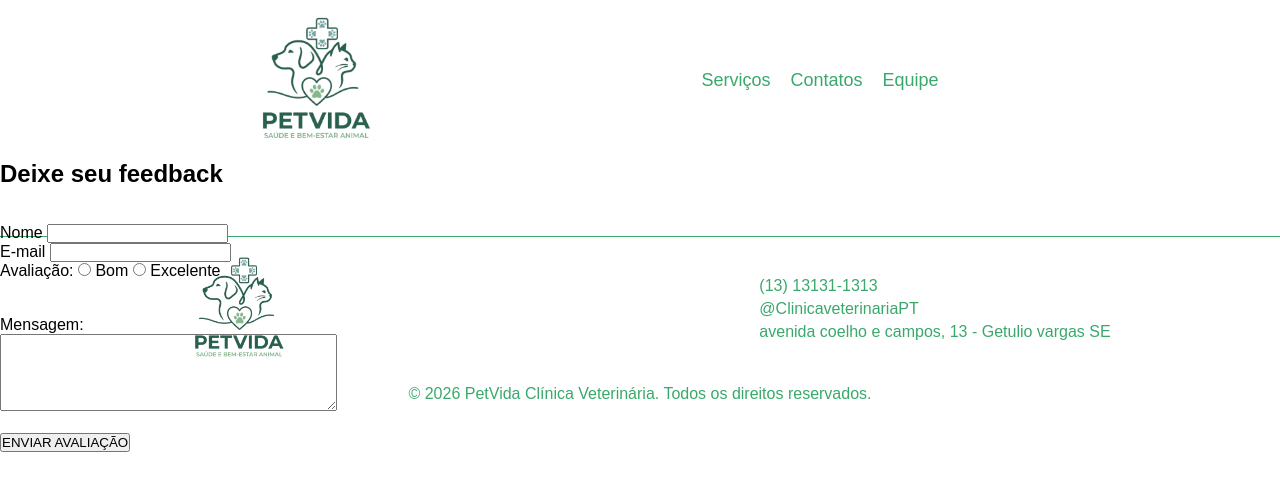
Repository: antonymsantana-design/Veterinario
Page: contatos.html
An editor plug-in stored every save of this project. The page is shown before and after the next save, followed by the edit.
The browser window is 1280 px wide. The pictures show the whole page.

Above is the page before, as saved 2026-10-03 18:31:24.

### contatos.html
<!doctype html>
<html lang="pt-br">

<head>
    <meta charset="UTF-8" />
    <meta name="viewport" content="width=device-width, initial-scale=1.0" />
    <title>Cebola Hair</title>
    <link rel="stylesheet" href="style.css" />
    <script src="script3.js" defer></script>
</head>


<body>

</body>


</html>

### style.css
* {
    padding: 0px;
    margin: 0px;
    font-family: Arial, Helvetica, sans-serif;
}

header {
    background-color: #FFFFFF;
    height: 160px;
    display: flex;
    justify-content: center;
    align-items: center;
}

.conteudoH {
    display: flex;
    justify-content: center;
    align-items: center;
    gap: 300px;
}

.imagem {
    margin-left: 20px;
    margin-top: 5px;
    display: flex;
    justify-content: center;
    align-items: center;
    gap: 30px;
    font-weight: 600;
    font-size: 22px;
}

.logoIMG {
    width: 170px;
    margin-bottom: 10px;
    cursor: pointer;
}

.logoH {
    color: white;

}

.links {
    display: flex;
    gap: 20px;
    justify-content: center;
    padding-right: 130px;
    font-size: 18px;
}

.links a {
    text-decoration: none;
    color: #39A96B;
    transition: 0.5s ease;
}

.aLinks:hover {
    transform: translateY(-5px);
    box-shadow: 0 4px 10px rgba(0, 0, 0, 0.15);
    background-color: #39A96B;
    color: #F5F5F5;
    border-radius: 5px;
    width: 120px;
    height: 30px;
    display: flex;
    justify-content: center;
    align-items: center;
}

.btnDiv {
    display: flex;
}

.btn {
    display: flex;
    justify-content: center;
    width: 140px;
    height: 50px;
    background-color: #22C55E;
    border: none;
    color: white;
    align-items: center;
    border-radius: 8px;
    transition: 0.3s ease;
    cursor: pointer;
    font-size: 14px;
}

.btn:hover {
    transform: translateY(-5px);
    box-shadow: 0 8px 15px rgba(0, 0, 0, 0.4);
}

.direitaH {
    display: flex;
    justify-content: center;
    align-items: center;
}

.conteudo {
    background-image: url(image/Cuidando\ de\ Quem\ Amamos.png);
    background-repeat: no-repeat;
    background-size: cover;
    background-position: center;
    height: 80vh;
    color: white;
}

.card {
    background-color: #FDEEC7;
    width: 270px;
    height: 220px;
    display: flex;
    flex-direction: column;
    justify-content: center;
    align-items: center;
    border-radius: 5px;
}

.cards {
    display: flex;
    justify-content: center;
    gap: 40px;
    padding-top: 20px;
    padding-bottom: 20px;
}

.card h4 {
    color: #22C55E;
}

.icone {
    width: 120px;
    height: 120px;
    padding-bottom: 10px;
}

.Our {
    padding-top: 15px;
    text-align: center;
    padding-bottom: 10px;
}

hr {
    color: #22C55E;
    text-align: center;
    margin-left: 920px;
    margin-right: 920px;
}

.agendar {
    display: flex;
    justify-content: space-around;
    align-items: center;
    padding-bottom: 20px;
}

.form {
    background-color: #ECF2F7;
    width: 600px;
    height: 300px;
    border-radius: 7px;
    display: flex;
    justify-content: center;
    flex-direction: column;
}

.formCima {
    padding-top: 20px;
    display: flex;
    justify-content: center;
    align-items: center;
    flex-direction: column;
}

.quadrado {
    display: grid;
    justify-content: center;
    grid-template-columns: repeat(2, 200px);
    gap: 30px;
    column-gap: 70px;
    margin-right: 40px;
}

.esq {
    font-size: 25px;
}

footer {
    display: flex;
    justify-content: center;
    align-items: center;
    flex-direction: column;
    background-color: #FFFFFF;
    color: #39A96B;
    border-top: 1px solid #39A96B;
}

.AbH2 {
    padding-left: 20px;
    padding-right: 20px;
    padding-bottom: 10px;
    padding-top: 10px;
    text-align: center;
}

.AbH3 {
    padding-left: 20px;
    padding-right: 20px;
    padding-bottom: 10px;
    padding-top: 10px;
    text-align: center;
    margin-left: 425px;
    margin-right: 425px;
}

.topc {
    display: flex;
    justify-content: center;
    align-items: center;
    flex-direction: column;
    text-align: center;
    max-width: 350px;
}

.topics {
    display: flex;
    justify-content: center;
    gap: 100px;
    padding-bottom: 25px;
}

.topcIMG {
    width: 290px;
    height: 260px;
    border-radius: 25px;
    cursor: pointer;
    padding-bottom: 10px;
    padding-top: 10px;
}

.topcH {
    padding-bottom: 10px;
}

.cimaF {
    display: flex;
    justify-content: center;
    gap: 450px;
    align-items: center;
    margin-bottom: 4px;
}

.logoIMGF {
    width: 140px;
    cursor: pointer;
}

.esquerda {
    display: flex;
    flex-direction: column;
    gap: 5px;
}

.formu {
    width: 240px;
    height: 30px;
    border-radius: 5px;
    border: none;
}

.forms {
    width: 500px;
    height: 30px;
    border-radius: 5px;
    border: none;
}

.agendarbtn {
    display: flex;
    justify-content: center;
    align-items: center;
    width: 512px;
    height: 40px;
    background-color: #22C55E;
    border: none;
    color: white;
    border-radius: 8px;
    transition: 0.3s ease;
    cursor: pointer;
    margin-top: 15px;
}

.agendarbtn:hover {
    transform: translateY(-5px);
}

.btnAgendar {
    display: flex;
    justify-content: center;
    align-items: center;
}

/*pagina de serviços*/

.primeiro{
    background-color: #F0F9F4;
    width: 300px;
    padding-bottom: 13px;
    margin-left: 20px;
    text-align: center;
    padding-top: 13px;
    flex-wrap: wrap;
    border-radius: 15px;
}

.cards{
    display: grid;
    justify-content: center;
    grid-template-columns: repeat(3, 400px);
    gap: 50px;
    padding-bottom: 15px;

}
.cards .primeiro img{
    width: 250px;
    height: 250px;
    border-radius: 15px;
}
h1{
    text-align: center;
    margin-top: 20px;
    margin-bottom: 20px;
}
.texto{

    color: #3C2415;
}
.preco{
    color: #e4c8a4;
}


/* celular */

@media (max-width: 768px) {

    /* header */
    header {
        height: auto;
        padding: 10px 0;
    }

    .conteudoH {
        flex-direction: column;
        padding-right: 0;
        gap: 15px;
    }

    .imagem {
        margin-left: 0;
        margin-top: 0;
        gap: 10px;
    }

    .logoIMG {
        width: 80px;
        height: 80px;
    }

    .logoH {
        font-size: 20px;
    }

    .direitaH {
        flex-direction: column;
        gap: 15px;
    }

    .links {
        padding-right: 0;
        font-size: 16px;
    }


    .conteudo {
        height: 400px;
    }

    .texto {
        padding-left: 25px;
        padding-right: 25px;
        height: 400px;
        font-size: 25px;
    }

    .texto small {
        font-size: 14px;
    }


    .Our {
        font-size: 25px;
    }

    hr {
        margin-left: 30%;
        margin-right: 30%;
    }

    .cards {
        flex-direction: column;
        align-items: center;
        gap: 20px;
    }

    .card {
        width: 80%;
        max-width: 270px;
    }


    .agendar {
        flex-direction: column;
        gap: 30px;
        padding: 30px 20px;
    }

    .esq {
        font-size: 18px;
        text-align: center;
    }

    .esq h1 {
        font-size: 28px;
    }

    .esq p {
        font-size: 15px;
    }

    .form {
        width: 100%;
        max-width: 600px;
        height: auto;
        padding: 20px 0;
    }

    .forms {
        width: 80%;
    }

    .quadrado {
        grid-template-columns: 1fr;
        gap: 15px;
        margin-right: 0;
    }

    .formu {
        width: 80%;
    }

    .quadrado>div {
        width: 100%;
        text-align: center;
    }

    .quadrado label {
        display: block;
        margin-bottom: 5px;
    }

    .agendarbtn {
        width: 80%;
    }


    footer {
        flex-direction: column;
        gap: 20px;
        padding: 20px;
        text-align: center;
    }

    .esquerda {
        align-items: center;
    }
}

### script3.js
const body = document.querySelector("body");

body.innerHTML = `
<header>
    <div class="conteudoH" id="conteudoH">
        <div class="imagem" id="imagem">
            <img src="image/logo.png" alt="logo" class="logoIMG" id="logoIMG" />
        </div>
        <div class="direitaH">
            <div class="links" id="links">
                <a href="serviços.html" class="aLinks" id="servA">Serviços</a>
                <a href="CONTATOS.HTML" class="aLinks" id="contatosA">Contatos</a>
                <a href="Team.html" class="aLinks" id="contatosA">Equipe</a>
            </div>
        </div>
    </div>
</header>
<div class="conteudu" id="conteudu">

        <h2>Deixe seu feedback</h2>
        <br>

        <div class="formu" id="formu">
            <br>

            <form action="https://formsubmit.co/antony.m.santana@aluno.senai.br" method="POST">

                <input type="hidden" name="_subject" value="Nova mensagem do site">
                <input type="hidden" name="_template" value="table">

                <div class="nome">
                    <label for="nome">Nome</label>
                    <input type="text" name="nome" id="nome" required>
                </div>



                <div class="email">
                    <label for="Email">E-mail</label>
                    <input type="email" name="Email" id="Email" required>
                </div>



                <div class="avaliacao">
                    <label>Avaliação:</label>

                    <input type="radio" name="avaliacao" id="bom" value="Bom">
                    <label for="bom">Bom</label>

                    <input type="radio" name="avaliacao" id="excelente" value="Excelente">
                    <label for="excelente">Excelente</label>

                </div>
                <br><br>

                <label for="mensagem">Mensagem:</label>
                <br>
                <textarea name="mensagem" id="mensagem" rows="5" cols="40"></textarea>

                <br><br>

                <input type="hidden" name="_next" value="http://127.0.0.1:5500/sucsses.html">

                <button type="submit" class="buto" onClick="form()">ENVIAR AVALIAÇÃO</button>
            </form>
        </div>
    </div>
    <footer id="footer">
    <div class="cimaF">
        <div class="direita">
            <img src="image/logo.png" alt="logo" class="logoIMGF" id="logoIMG" />
        </div>

        <div class="esquerda">
            <p>(13) 13131-1313</p>
            <p>@ClinicaveterinariaPT</p>
            <p>avenida coelho e campos, 13 - Getulio vargas SE</p>
        </div>
    </div>
    <div class="baixoF">
        <p>© 2026 PetVida Clínica Veterinária. Todos os direitos reservados.</p>
    </div>
</footer>`;

After the next save:
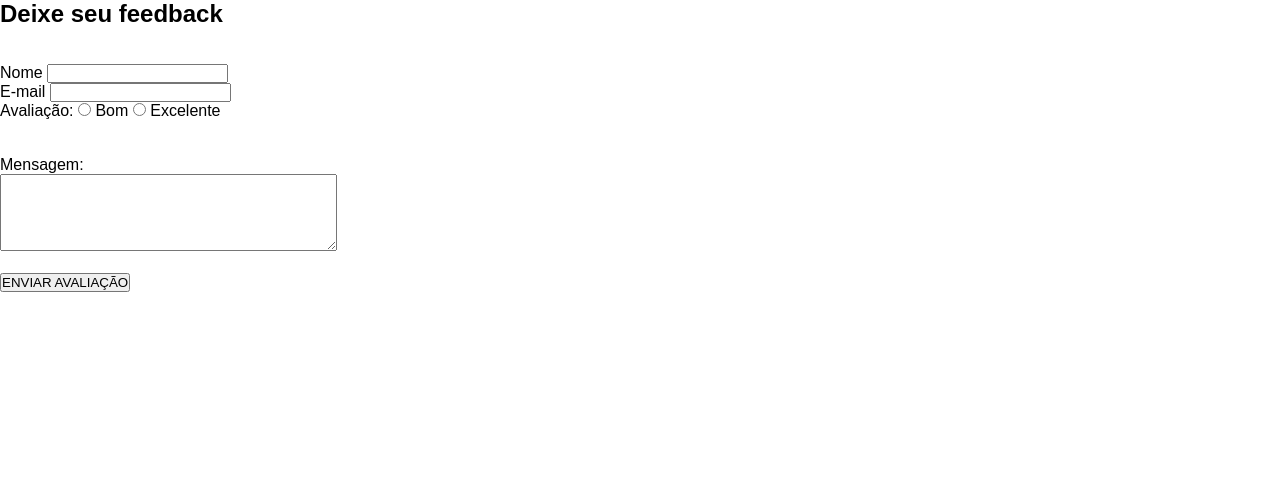
Saved 40 s later.
--- a/script3.js
+++ b/script3.js
@@ -1,21 +1,6 @@
 const body = document.querySelector("body");
 
-body.innerHTML = `
-<header>
-    <div class="conteudoH" id="conteudoH">
-        <div class="imagem" id="imagem">
-            <img src="image/logo.png" alt="logo" class="logoIMG" id="logoIMG" />
-        </div>
-        <div class="direitaH">
-            <div class="links" id="links">
-                <a href="serviços.html" class="aLinks" id="servA">Serviços</a>
-                <a href="CONTATOS.HTML" class="aLinks" id="contatosA">Contatos</a>
-                <a href="Team.html" class="aLinks" id="contatosA">Equipe</a>
-            </div>
-        </div>
-    </div>
-</header>
-<div class="conteudu" id="conteudu">
+body.innerHTML = `<div class="conteudu" id="conteudu">
 
         <h2>Deixe seu feedback</h2>
         <br>
@@ -65,20 +50,4 @@ body.innerHTML = `
                 <button type="submit" class="buto" onClick="form()">ENVIAR AVALIAÇÃO</button>
             </form>
         </div>
-    </div>
-    <footer id="footer">
-    <div class="cimaF">
-        <div class="direita">
-            <img src="image/logo.png" alt="logo" class="logoIMGF" id="logoIMG" />
-        </div>
-
-        <div class="esquerda">
-            <p>(13) 13131-1313</p>
-            <p>@ClinicaveterinariaPT</p>
-            <p>avenida coelho e campos, 13 - Getulio vargas SE</p>
-        </div>
-    </div>
-    <div class="baixoF">
-        <p>© 2026 PetVida Clínica Veterinária. Todos os direitos reservados.</p>
-    </div>
-</footer>`;
+    </div>`
